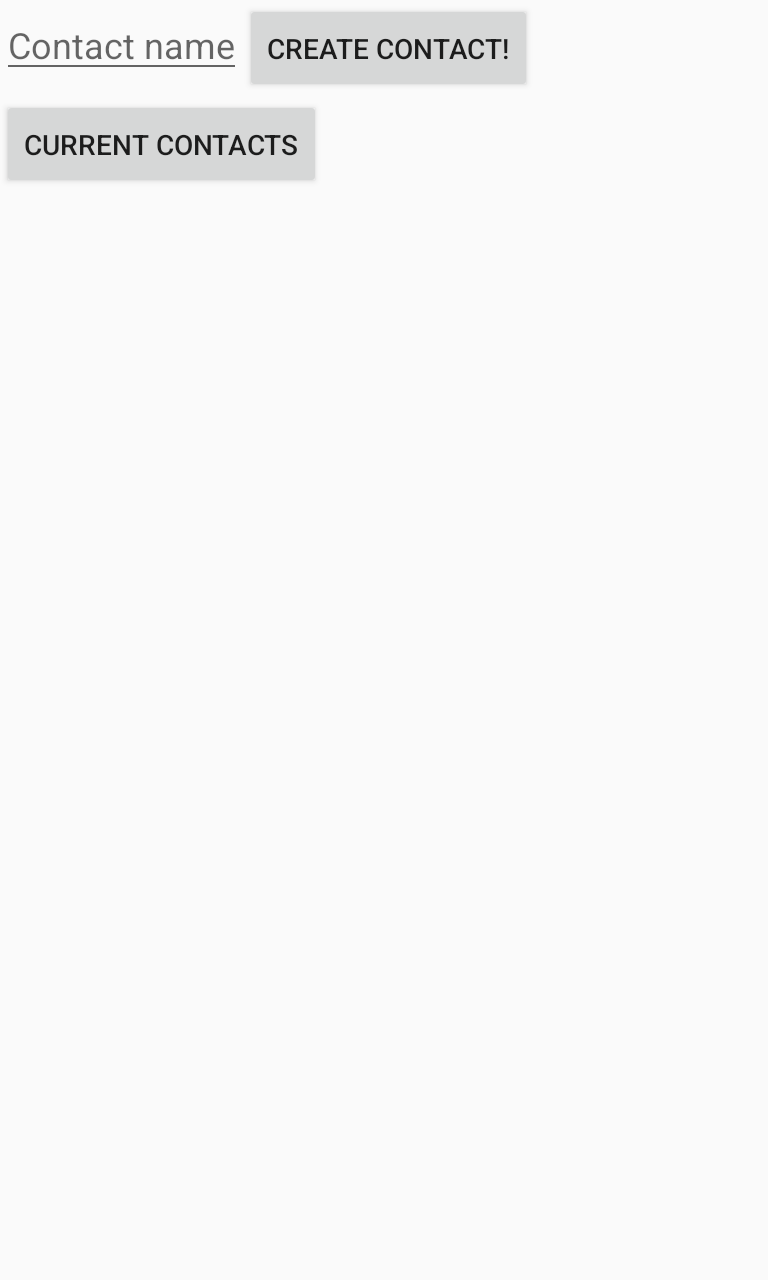
Repository: wisingd/Dajoroli
Layout: Workspace/SplitIt/res/layout/fragment_main.xml
These files come from the project's save history. The layout is drawn as it stood at one moment and after the next save; the edit follows.
It is drawn on a 768 x 1280 px phone screen (xhdpi) without system bars, with theme AppTheme; the app's code is not run.

Above is the layout before, as saved 2014-04-26 14:32:25.

After the next save:
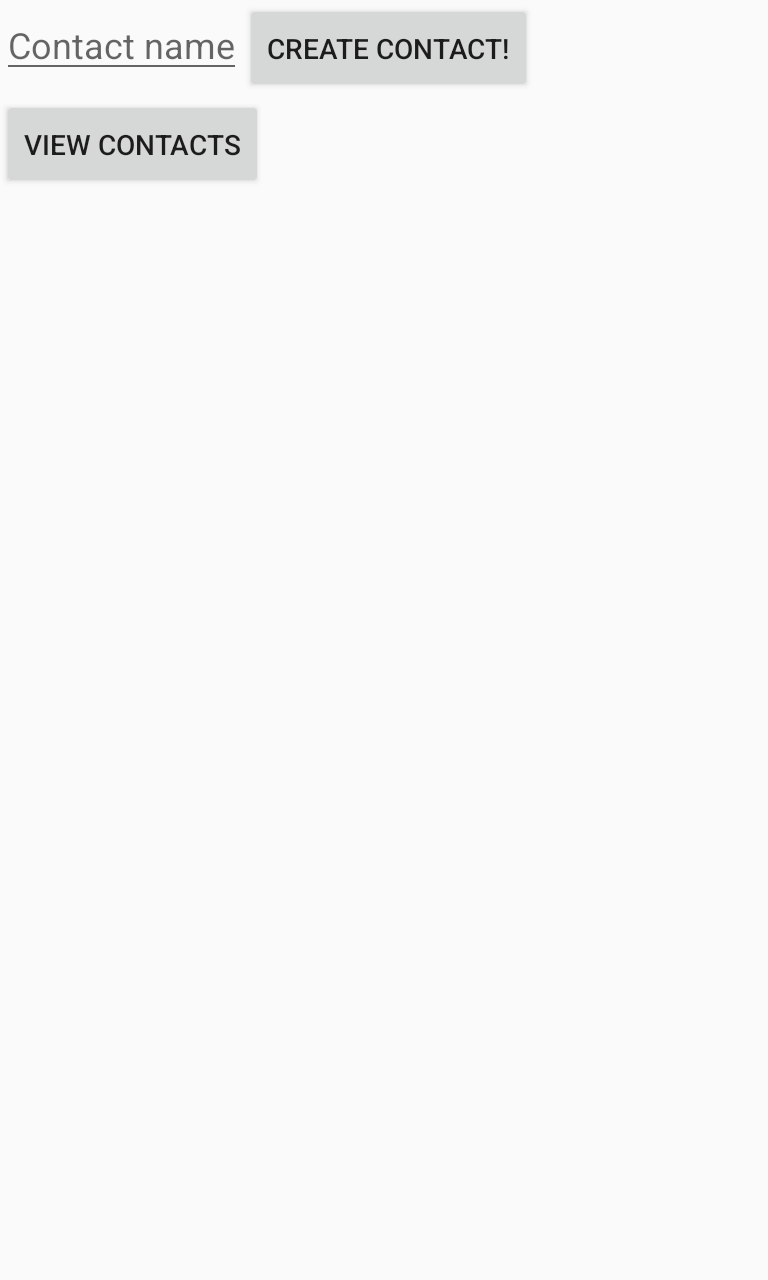
Saved 5 min 6 s later.
--- a/Workspace/SplitIt/res/values/strings.xml
+++ b/Workspace/SplitIt/res/values/strings.xml
@@ -7,7 +7,7 @@
     <string name="button_send">Create contact!</string>
     <string name="title_activity_display_message">New Activity</string>
     <string name="nytext">Listan är här</string>
-    <string name="view_contacts">Current contacts</string>
+    <string name="view_contacts">View contacts</string>
 
 
 
